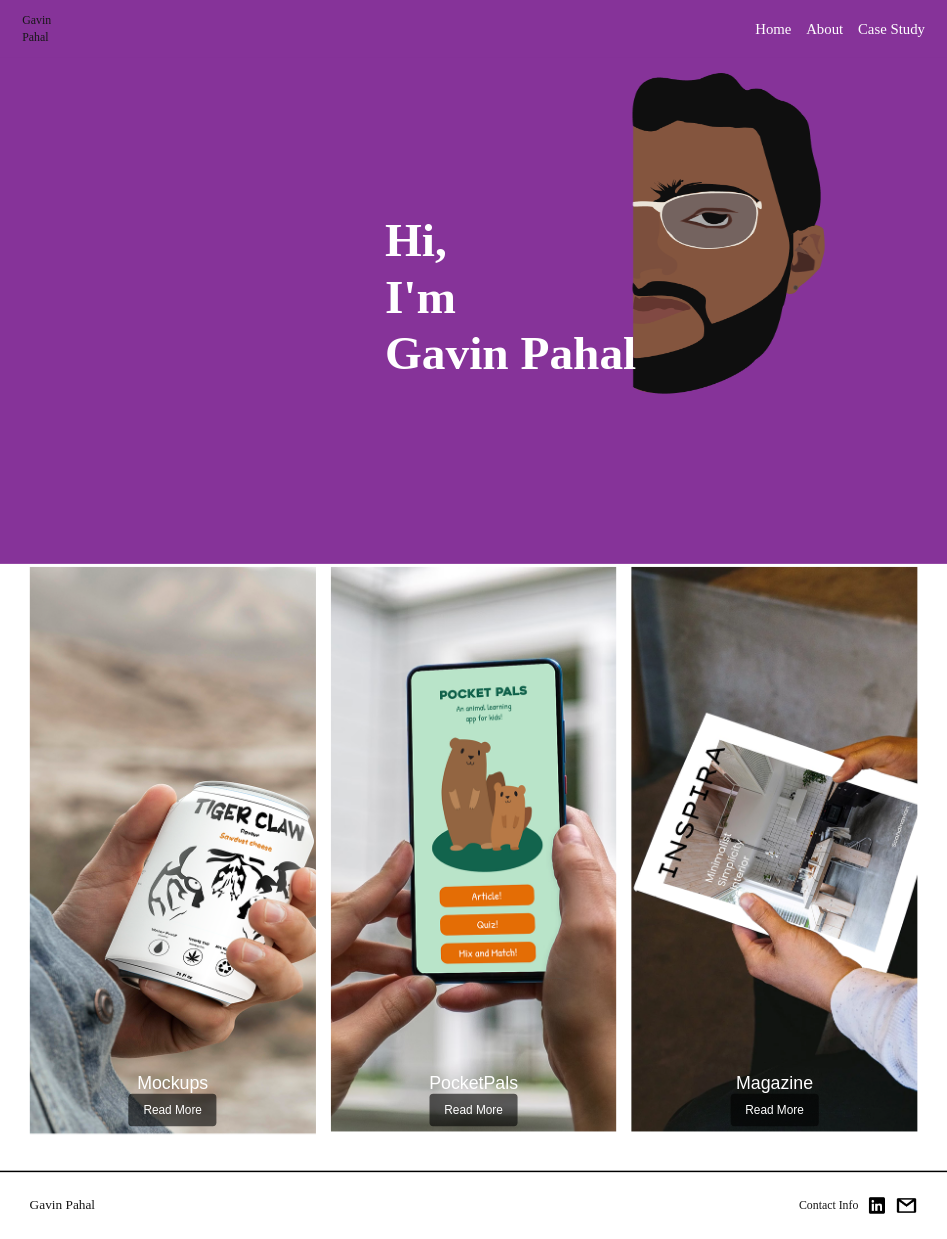
Repository: GavinPahal/portfolios
Page: /
The author's editor kept a copy of each file at every save. The page is drawn from the files as they stood at one save, then again after the next save.
The browser window is 1280 px wide. The pictures show the whole page, at 74% of full size.
The project was rebuilt for these pictures with package versions that can differ from the ones it lists, and the page was loaded fresh each time. The framework's server and built-in components were replaced by stand-ins that run in the browser. Also part of the build but not shown: next.config.mjs, components/BackToTop/BackToTop.module.css.

Above is the page before, as saved 2025-02-06 14:03:57.

### pages/index.js
import NavBar from "../components/NavBar/NavBar";
import HeroSection from "../components/HeroSection/HeroSection";
import Projects from "../components/Projects/Projects";
import Footer from "../components/Footer/Footer";
import BackToTop from "../components/BackToTop/BackToTop";

const home = () => {
  return (
    <div>
      <NavBar />
      <HeroSection />
      <Projects />
      <BackToTop />
      <Footer />
    </div>
  );
};

export default home;

### components/NavBar/NavBar.js
import Link from "next/link";
import styles from "./NavBar.module.css";

const NavBar = () => {
  return (
    <nav className={styles.navbar}>
      <div className={styles.logo}>
        <span>Gavin Pahal</span>
      </div>
      <ul className={styles.navLinks}>
        <li>
          <Link href="/">Home</Link>
        </li>
        <li>
          <Link href="/about">About</Link>
        </li>
        <li>
          <Link href="/case-study">Case Study</Link>
        </li>
      </ul>
    </nav>
  );
};

export default NavBar;

### components/HeroSection/HeroSection.js
import styles from "./HeroSection.module.css";

const HeroSection = () => {
  return (
    <header className={styles.hero}>
      <img src="/images/Group 6.png" alt="Gavin Pahal Portfolio" className={styles.heroImage} />
      <div className={styles.heroText}>
        <h1 className={styles.title}>
          Hi, <br /> I'm <br /> Gavin Pahal
        </h1>
      </div>
    </header>
  );
};

export default HeroSection;

### components/Projects/Projects.js
import { useState, useRef } from "react";
import { createPopper } from "@popperjs/core";
import styles from "./Projects.module.css";

const projects = [
  {
    title: "Mockups",
    image: "/images/Rectangle 65.png", // Update with actual image path
    link: "/can",
    description: "High-quality product mockups to showcase your designs.",
  },
  {
    title: "PocketPals",
    image: "/images/Rectangle 75.png", // Update with actual image path
    link: "/pocket-pals",
    description: "An animal learning app for kids.",
  },
  {
    title: "Magazine",
    image: "/images/Rectangle 65 (1).png", // Update with actual image path
    link: "/magazine",
    description: "Helping travelers with food allergies find safe meals.",
  },
];

const Projects = () => {
  const [visible, setVisible] = useState(null);
  const popperRef = useRef([]);
  const tooltipRef = useRef([]);

  const handleMouseEnter = (index) => {
    setVisible(index);
    createPopper(popperRef.current[index], tooltipRef.current[index], {
      placement: "top",
      modifiers: [{ name: "offset", options: { offset: [0, 10] } }],
    });
  };

  const handleMouseLeave = () => {
    setVisible(null);
  };

  return (
    <section className={styles.projects}>
      {projects.map((project, index) => (
        <div
          key={index}
          className={styles.project}
          ref={(el) => (popperRef.current[index] = el)}
          onMouseEnter={() => handleMouseEnter(index)}
          onMouseLeave={handleMouseLeave}
        >
          <img src={project.image} alt={project.title} className={styles.image} />
          <h3 className={styles.title}>{project.title}</h3>
          <a href={project.link} className={styles.button}>Read More</a>

          <div
            ref={(el) => (tooltipRef.current[index] = el)}
            className={`${styles.overlay} ${visible === index ? styles.show : ""}`}
          >
            <p>{project.description}</p>
          </div>
        </div>
      ))}
    </section>
  );
};

export default Projects;

### components/Footer/Footer.js
import styles from "./Footer.module.css";

const Footer = () => {
  return (
    <footer className={styles.footer}>
      <div className={styles.container}>
        <p className={styles.name}>Gavin Pahal</p>
        <div className={styles.contact}>
          <span>Contact Info</span>
          <div className={styles.icons}>
            <a href="www.linkedin.com/in/gavin-pahal" target="_blank" rel="noopener noreferrer">
              <img src="/images/LinkedIn (1).png" alt="LinkedIn" />
            </a>
            <a href="mailto:gavinpahal2003@gmail.com">
              <img src="/images/Gmail Logo (1).png" alt="Email" />
            </a>
          </div>
        </div>
      </div>
    </footer>
  );
};

export default Footer;

### components/BackToTop/BackToTop.js
import { useState, useEffect } from "react";
import styles from "./BackToTop.module.css";

const BackToTop = () => {
  const [showScroll, setShowScroll] = useState(false);

  useEffect(() => {
    const handleScroll = () => {
      setShowScroll(window.scrollY > 200);
    };

    window.addEventListener("scroll", handleScroll);
    return () => window.removeEventListener("scroll", handleScroll);
  }, []);

  const scrollToTop = () => {
    window.scrollTo({ top: 0, behavior: "smooth" });
  };

  return (
    showScroll && (
      <div className={styles.scrollContainer} onClick={scrollToTop}>
        <span className={styles.scrollText}>Back to Top</span>
        <div className={styles.underline}></div>
      </div>
    )
  );
};

export default BackToTop;

### components/NavBar/NavBar.module.css
.navbar {
  font-family: "philosopher", "bold";
  display: flex;
  justify-content: space-between;
  align-items: center;
  padding: 15px 30px;
  background: #863399;
}

.logoContainer {
  display: flex;
  align-items: center;
}

.logo {
  width: 60px; /* Adjust size as needed */
  margin-right: 10px;
}

.name {
  color: white;
  font-size: 18px;
  font-weight: bold;
}

.navLinks {
  list-style: none;
  display: flex;
  gap: 20px;
}

.navLinks li a {

  color: white;
  text-decoration: none;
  font-size: 20px;
}

### components/HeroSection/HeroSection.module.css
.hero {
    width: 100%;
    height: 90vh;
    display: flex;
    align-items: center;
    justify-content: center;
  }

  .heroImage {
    position: absolute;
    width: 100%;
    height: 100%;
    z-index: -1;
  }

  .heroText {
    margin-left: 100px;
    color: white;
    font-family: "Philosopher";
  }

  .title {
    font-size: 4rem;
    font-weight: bold;
    line-height: 1.2;
  }

  .resumeButton {
    margin-top: 20px;
    padding: 12px 24px;
    font-size: 1.2rem;
    background: white;
    color: black;
    font-weight: bold;
    border: none;
    border-radius: 5px;
    cursor: pointer;
    transition: background 0.3s ease, transform 0.2s ease;
  }

  .resumeButton:hover {
    background: rgba(255, 255, 255, 0.8);
    transform: scale(1.05);
  }

### components/Projects/Projects.module.css
.projects {
    display: flex;
    justify-content: center;
    gap: 20px;
    padding: 40px;
  }

  .project {
    position: relative;
    text-align: center;
    color: white;
    max-width: 450px;
    overflow: hidden;
  }

  .image {
    width: 100%;
    height: auto;
    transition: transform 0.3s ease-in-out;
  }

  .project:hover .image {
    transform: scale(1.05);
  }

  .title {
    position: absolute;
    bottom: 60px;
    left: 50%;
    transform: translateX(-50%);
    font-size: 1.5rem;
  }

  .button {
    position: absolute;
    bottom: 20px;
    left: 50%;
    transform: translateX(-50%);
    background-color: rgba(0, 0, 0, 0.6);
    color: white;
    padding: 10px 20px;
    text-decoration: none;
    border-radius: 5px;
  }

  .overlay {
    position: absolute;
    bottom: 100%;
    left: 50%;
    transform: translateX(-50%);
    background: rgba(0, 0, 0, 0.8);
    color: white;
    padding: 10px;
    font-size: 0.9rem;
    width: 200px;
    text-align: center;
    opacity: 0;
    transition: opacity 0.3s ease-in-out;
    pointer-events: none;
  }

  .show {
    opacity: 1;
  }

### components/Footer/Footer.module.css
.footer {
  text-align: center;
  padding: 30px 20px;
  border-top: 2px solid black;
  position: relative;
  display: flex;
  justify-content: space-between;
  align-items: center;
}

.container {
  width: 100%;
  display: flex;
  justify-content: space-between;
  align-items: center;
}

.name {
  font-family: "philosopher", "bold";
  font-size: 18px;
  margin: 0; /* Aligns with the top border */
  padding-left: 20px; /* Adds some spacing from the left */
}

.contact {
  font-family: "philosopher", "bold";
  font-size: 16px;
  display: flex;
  align-items: center;
  padding-right: 20px; /* Adds some spacing from the right */
}

.icons {
  display: flex;
  gap: 10px; /* Ensures equal spacing between icons */
  margin-left: 10px; /* Adds spacing between text and icons */
}

.icons img {
  width: 30px;
}

Loaded but not shown: pages/_app.js (common file); pages/_document.js (common file); styles/globals.css (common file); tailwind.config.mjs (common file)

After the next save:
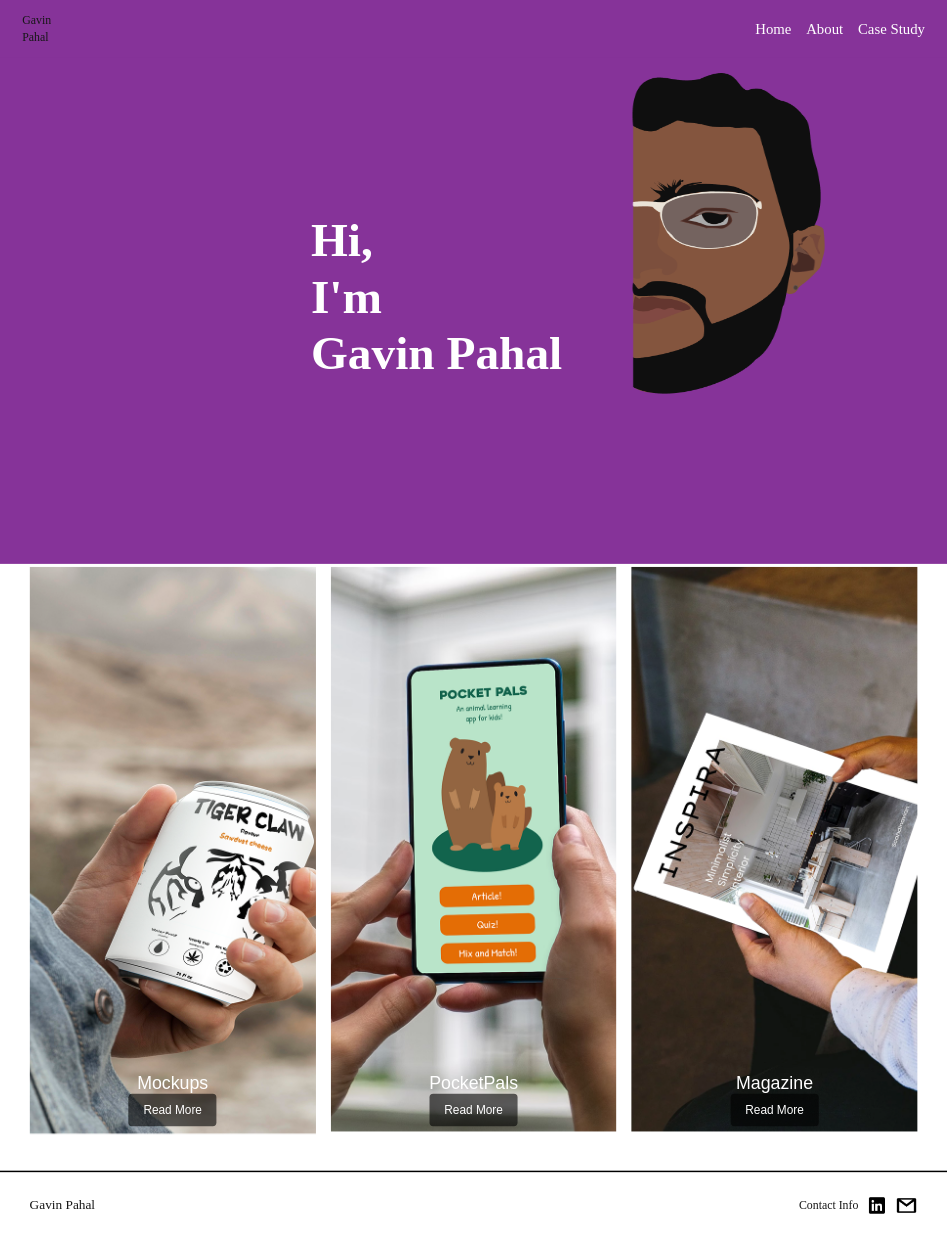
Saved 7 s later.
--- a/components/HeroSection/HeroSection.module.css
+++ b/components/HeroSection/HeroSection.module.css
@@ -14,7 +14,7 @@
   }
 
   .heroText {
-    margin-left: 100px;
+    margin-right: 100px;
     color: white;
     font-family: "Philosopher";
   }

After the save that followed:
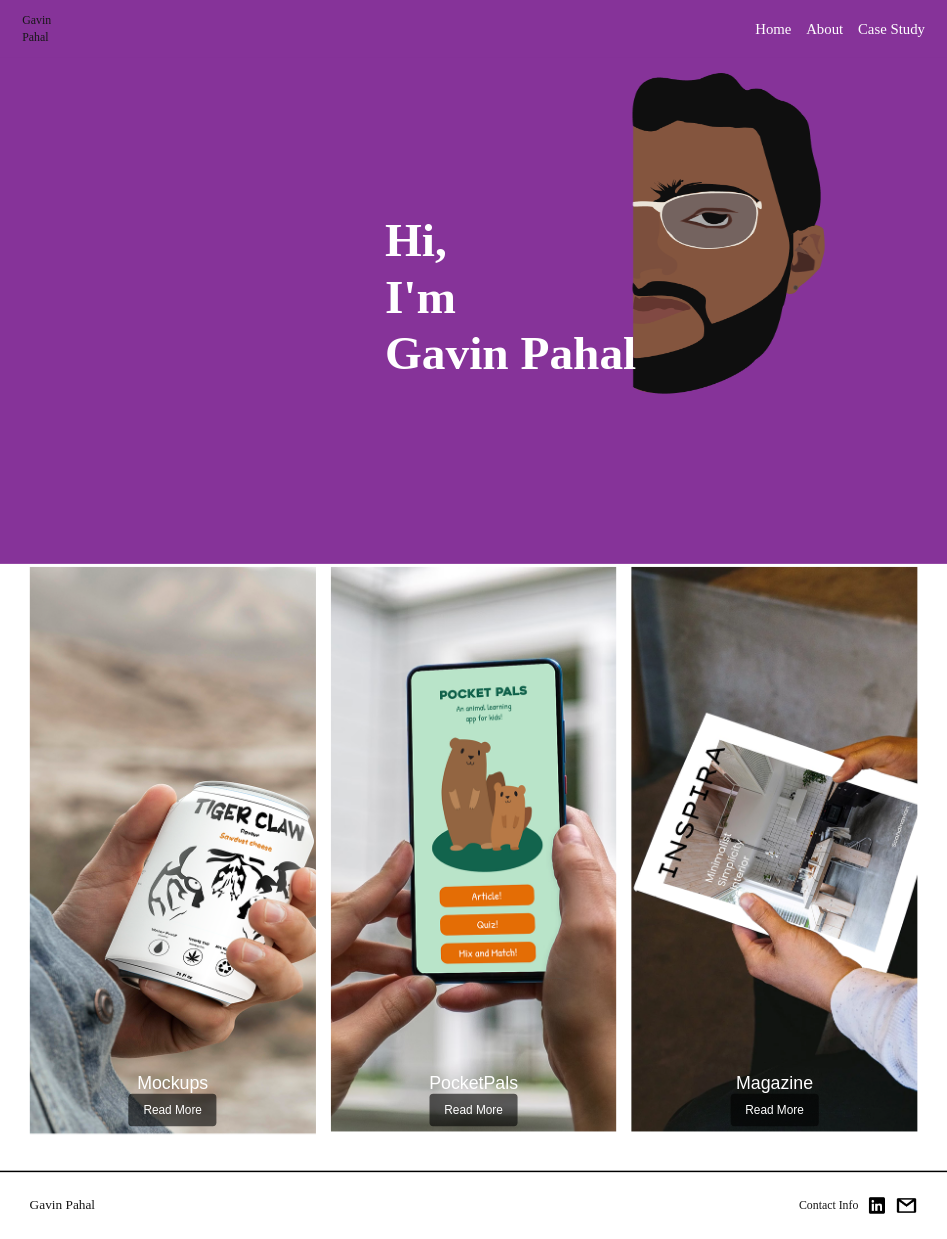
Saved 23 s later.
--- a/components/HeroSection/HeroSection.module.css
+++ b/components/HeroSection/HeroSection.module.css
@@ -14,12 +14,12 @@
   }
 
   .heroText {
-    margin-right: 100px;
     color: white;
-    font-family: "Philosopher";
+    font-family: "Philosopher"
   }
 
   .title {
+    margin-left: 100px;
     font-size: 4rem;
     font-weight: bold;
     line-height: 1.2;
